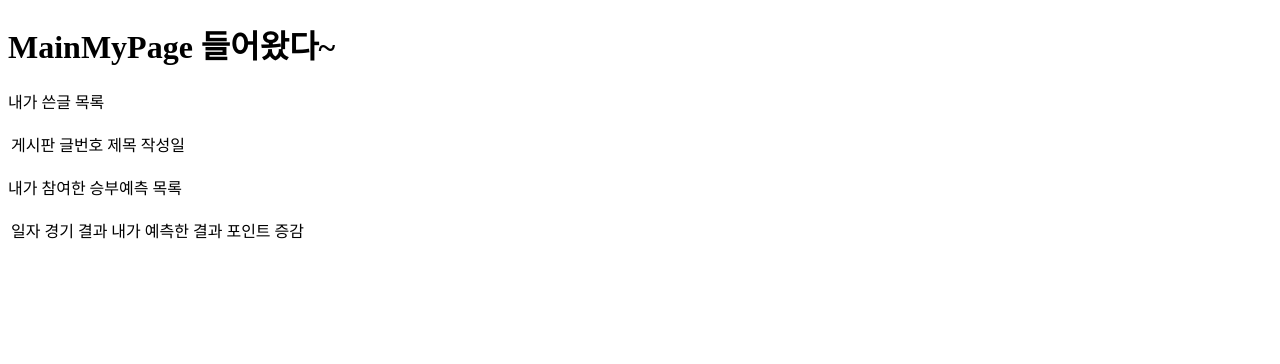
Repository: banana1531/ggs
Page: http://localhost/ggs/WEB-INF/views/myPage/mainMypage.jsp
The author's editor kept a copy of each file at every save. The page is drawn from the files as they stood at one save, then again after the next save.
The browser window is 1280 px wide. The pictures show the whole page.
The page is served by Tomcat 9. Nobody is signed in. Other server files are loaded and not shown. The template is opened directly, without the code that normally fills it, so the values that code supplies are empty.

Above is the page before, as saved 2020-07-04 06:46:51.

### 99s/ggs/src/main/webapp/WEB-INF/views/myPage/mainMypage.jsp
<%@ page language="java" contentType="text/html; charset=utf-8"
    pageEncoding="utf-8"%>
<!DOCTYPE html>
<html>
<head>
<meta charset="utf-8">
<title>Insert title here</title>
</head>
<body>
	<h1> MainMyPage 들어왔다~</h1>

	<!-- 내가 쓴글 -->
	<div class="container">
		<p>내가 쓴글 목록</p>
		<table class="table">
			<tr>
				<td>게시판</td>
				<td>글번호</td>
				<td>제목</td>
				<td>작성일</td>
			</tr>

		</table>
	</div>


	<!-- 내가 참여한 승부 예측 -->
	<div class="container">
		<p>내가 참여한 승부예측 목록</p>
		<table class="table">
			<tr>
				<td>일자</td>
				<td>경기</td>
				<td>결과</td>
				<td>내가 예측한 결과</td>
				<td>포인트 증감</td>
			</tr>

		</table>
	</div>

	<!-- myteam 다음 경기 일정 -->
	<div>
	</div>



</body>
</html>

After the next save:
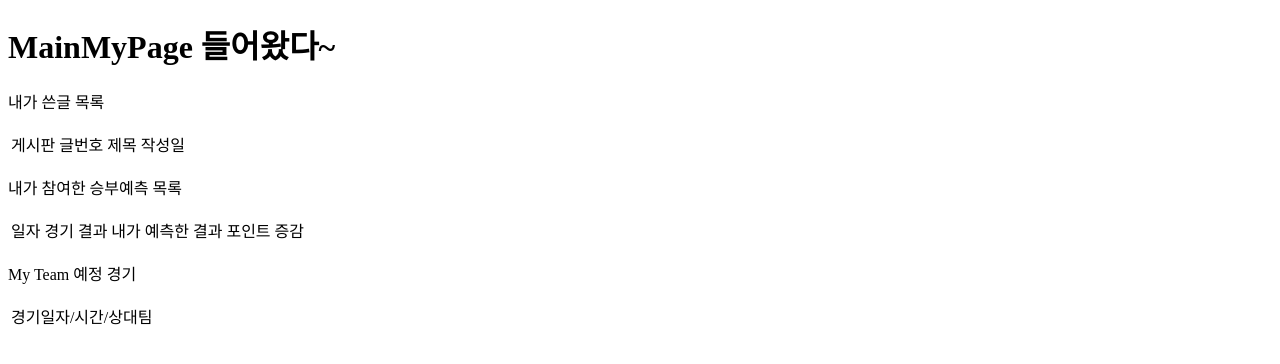
Saved 2 min 13 s later.
--- a/99s/ggs/src/main/webapp/WEB-INF/views/myPage/mainMypage.jsp
+++ b/99s/ggs/src/main/webapp/WEB-INF/views/myPage/mainMypage.jsp
@@ -40,7 +40,14 @@
 	</div>
 
 	<!-- myteam 다음 경기 일정 -->
-	<div>
+	<div class="container">
+		<p>My Team 예정 경기</p>
+		<table class="table">
+			<tr>
+				<td>경기일자/시간/상대팀</td>
+			</tr>
+
+		</table>
 	</div>
 
 
